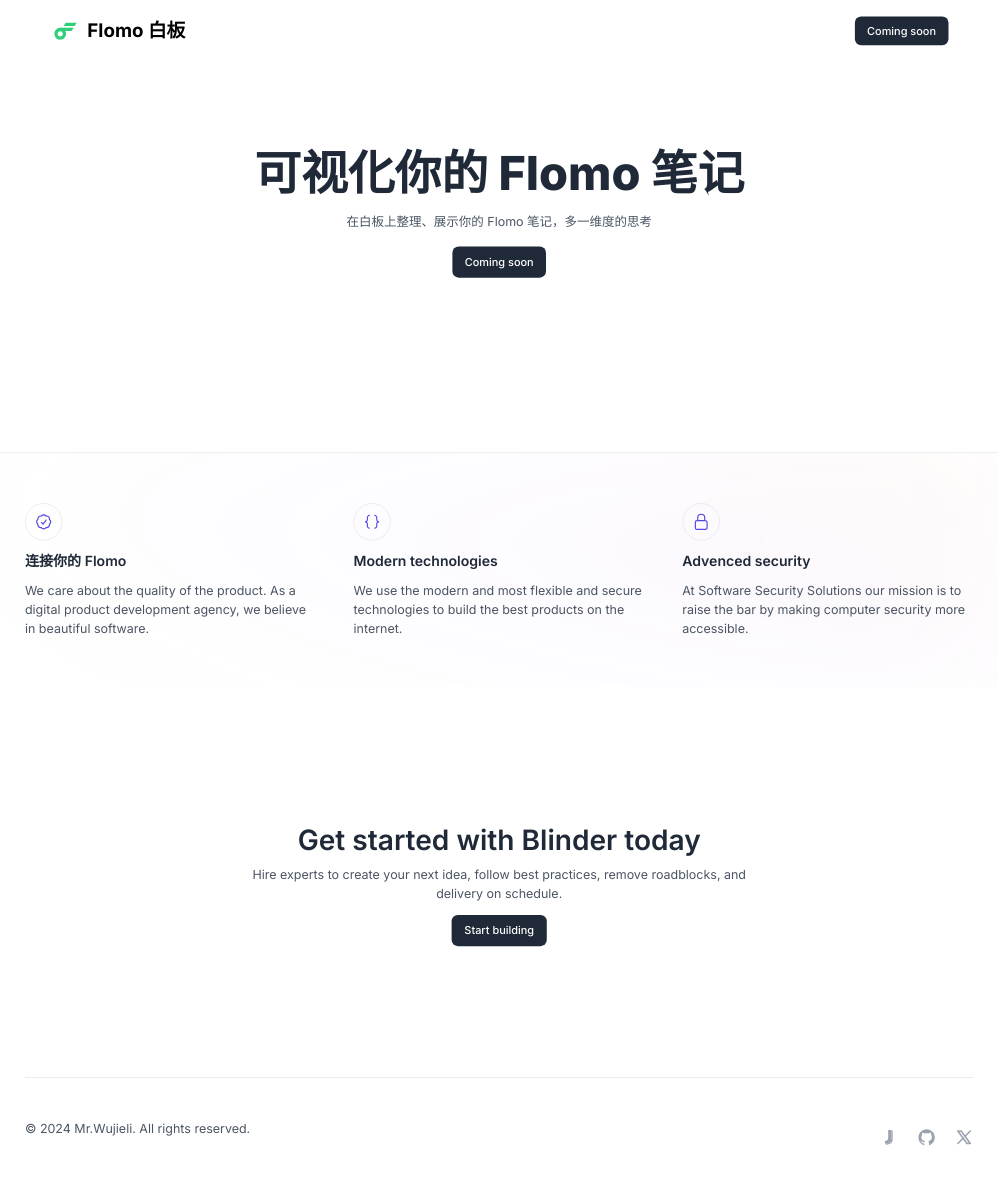
Repository: wujieli0207/flomo-board
Page: /
The author's editor kept a copy of each file at every save. The page is drawn from the files as they stood at one save, then again after the next save.
The browser window is 1280 px wide. The pictures show the whole page, at 78% of full size.
The project was rebuilt for these pictures with package versions that can differ from the ones it lists, and the page was loaded fresh each time. The framework's server and built-in components were replaced by stand-ins that run in the browser. Also part of the build but not shown: next.config.mjs.

Above is the page before, as saved 2024-06-22 20:20:13.

After the next save:
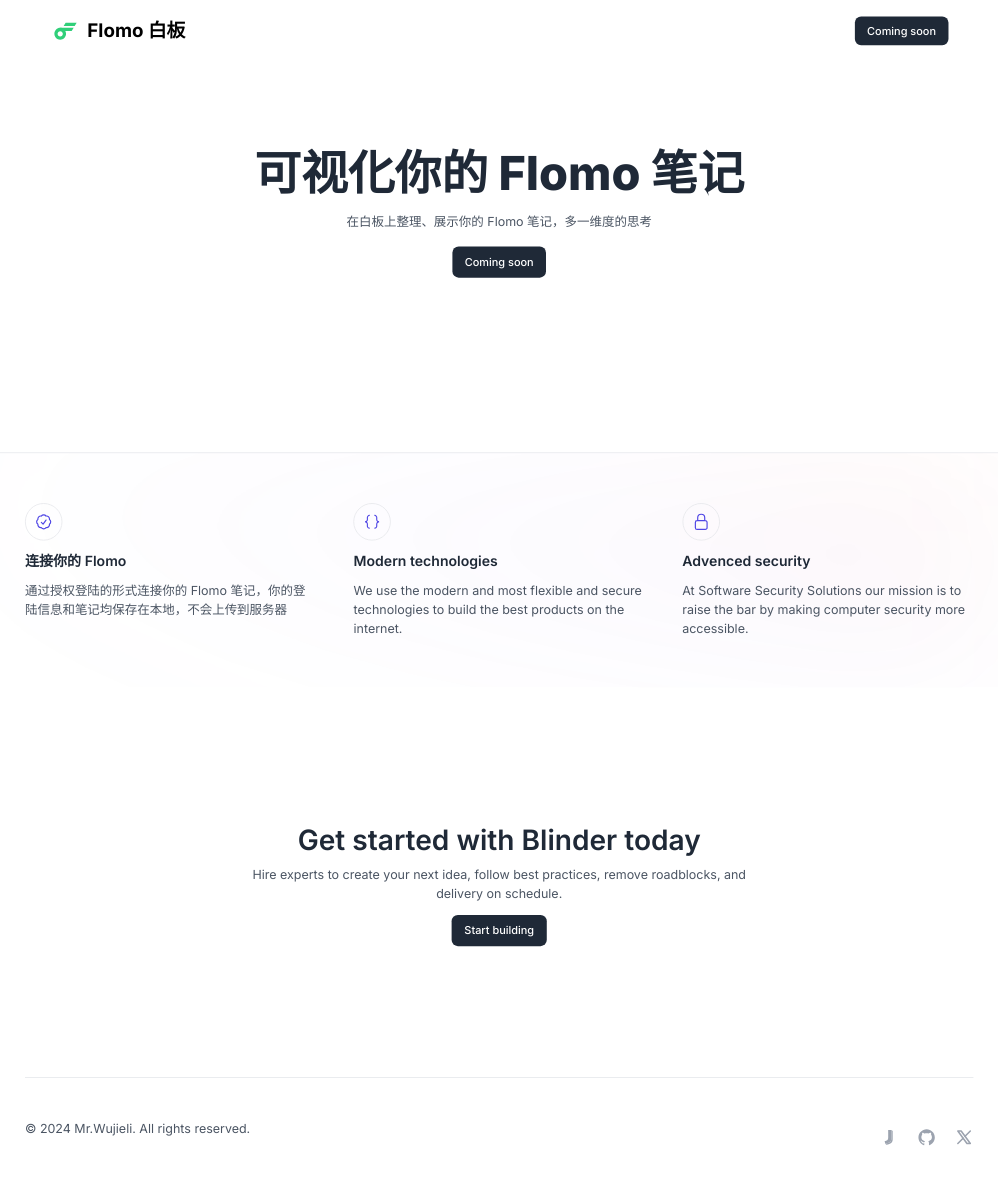
Saved 48 s later.
--- a/components/ui/Features/index.tsx
+++ b/components/ui/Features/index.tsx
@@ -20,7 +20,7 @@
         </svg>
       ),
       title: '连接你的 Flomo',
-      desc: 'We care about the quality of the product. As a digital product development agency, we believe in beautiful software.',
+      desc: '通过授权登陆的形式连接你的 Flomo 笔记，你的登陆信息和笔记均保存在本地，不会上传到服务器',
     },
     {
       icon: (
